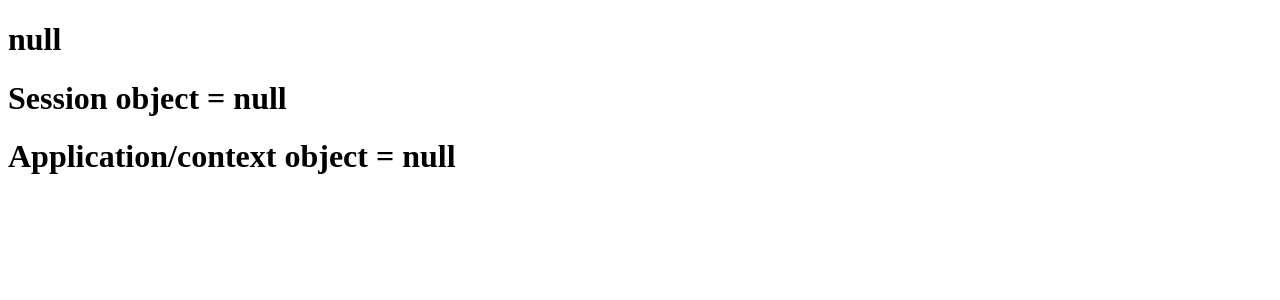
Repository: edwinisnow/jsp-servlets-demo
Page: http://localhost/SimpleServletProject/object.jsp
The author's editor kept a copy of each file at every save. The page is drawn from the files as they stood at one save, then again after the next save.
The browser window is 1280 px wide. The pictures show the whole page.
The page is served by Tomcat 9.

Above is the page before, as saved 2024-05-06 22:08:19.

### SimpleServletProject/src/main/webapp/object.jsp
<%@ page language="java" contentType="text/html; charset=UTF-8"
    pageEncoding="UTF-8"%>
<!DOCTYPE html>
<html>
<head>
<meta charset="UTF-8">
<title>Insert title here</title>
</head>
<body>
<%
	String userName = request.getParameter("name");
	if(userName != null){
		session.setAttribute("sessionUserName", userName);
		application.setAttribute("applicationUserName", userName);
	}

%>
<h1><%=userName %></h1>
<h1>Session object = <%=session.getAttribute("sessionUserName") %></h1>
<h1>Application/context object = <%=application.getAttribute("applicationUserName") %></h1>
</body>
</html>

After the next save:
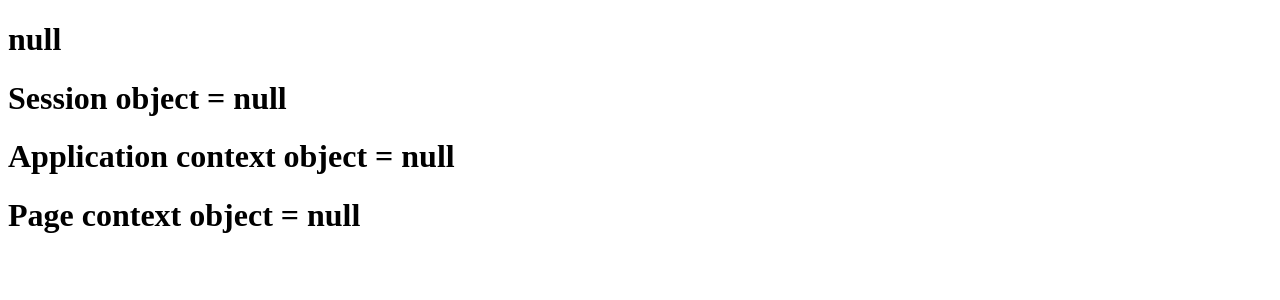
Saved 3 min 12 s later.
--- a/SimpleServletProject/src/main/webapp/object.jsp
+++ b/SimpleServletProject/src/main/webapp/object.jsp
@@ -10,6 +10,7 @@
 <%
 	String userName = request.getParameter("name");
 	if(userName != null){
+		pageContext.setAttribute("pageContextUserName", userName);
 		session.setAttribute("sessionUserName", userName);
 		application.setAttribute("applicationUserName", userName);
 	}
@@ -17,6 +18,7 @@
 %>
 <h1><%=userName %></h1>
 <h1>Session object = <%=session.getAttribute("sessionUserName") %></h1>
-<h1>Application/context object = <%=application.getAttribute("applicationUserName") %></h1>
+<h1>Application context object = <%=application.getAttribute("applicationUserName") %></h1>
+<h1>Page context object = <%=pageContext.getAttribute("pageContextUserName") %></h1>
 </body>
 </html>
